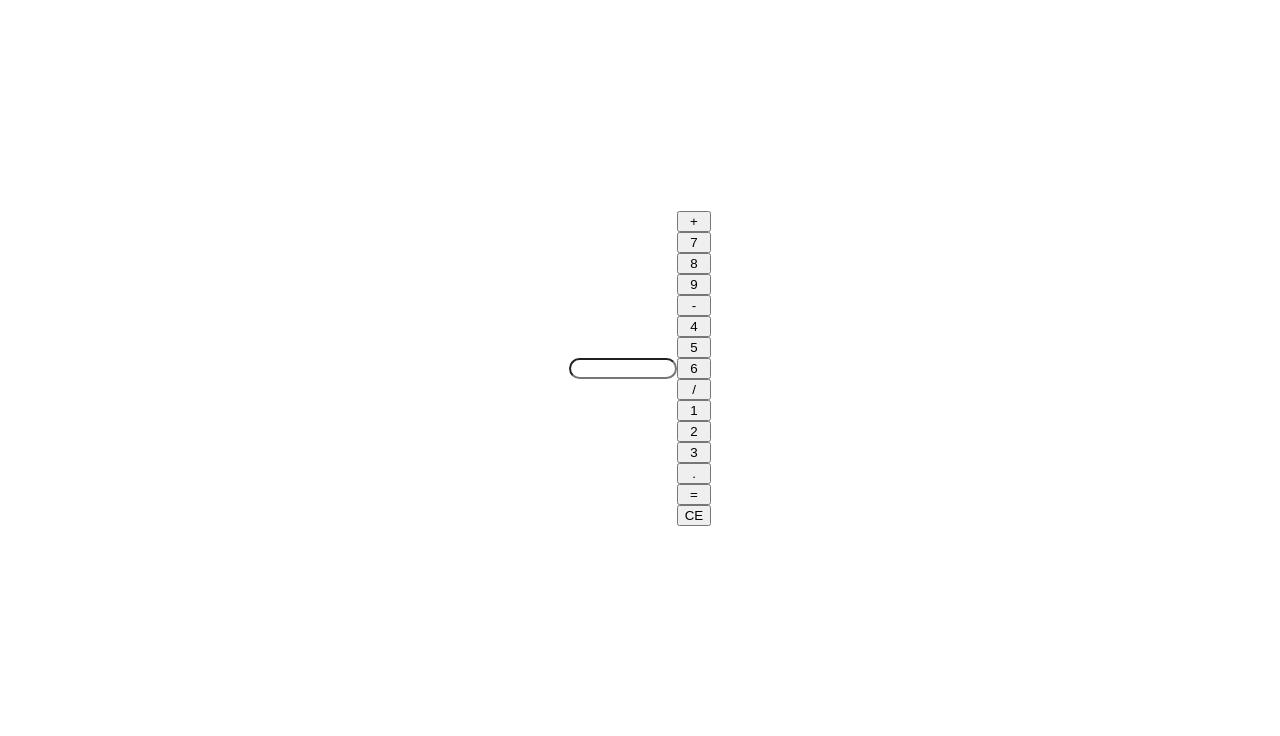
Repository: rkrukshan/JS-Calculator
Page: index.html
An editor plug-in stored every save of this project. The page is shown before and after a run of saves, followed by the edit.
The browser window is 1280 px wide. The pictures show the whole page.

Above is the page before, as saved 2024-09-02 13:26:55.

### index.html
<!DOCTYPE html>
<html lang="en">

<head>
    <meta charset="UTF-8">
    <meta name="viewport" content="width=device-width, initial-scale=1.0">
    <title>Document</title>
    <link rel="stylesheet" href="style.css">
</head>

<body>
    <div id="calculator">
        <input id="screen" readonly>
        <div id="buttons">

            <button onclick="appendScreen('+')">+</button>
            <button onclick="appendScreen('7')">7</button>
            <button onclick="appendScreen('8')">8</button>
            <button onclick="appendScreen('9')">9</button>
            <button onclick="appendScreen('-')">-</button>
            <button onclick="appendScreen('4')">4</button>
            <button onclick="appendScreen('5')">5</button>
            <button onclick="appendScreen('6')">6</button>
            <button onclick="appendScreen('/')">/</button>
            <button onclick="appendScreen('1')">1</button>
            <button onclick="appendScreen('2')">2</button>
            <button onclick="appendScreen('3')">3</button>
            <button onclick="appendScreen('.')">.</button>
            <button onclick="appendScreen('=')">=</button>
            <button onclick="appendScreen('CE')">CE</button>

        </div>
    </div>
</body>

</html>

### style.css
#calculator{
    display: flex;
    align-items: center;
    height: 100vh;
    justify-content: center;
    border: none;
}
#screen
{
    width: 100px;
    color: white;
    border-radius: 15px;
}
#buttons{
    display: grid;
    grid-template-columns: repeat();
}

After the next 2 saves:
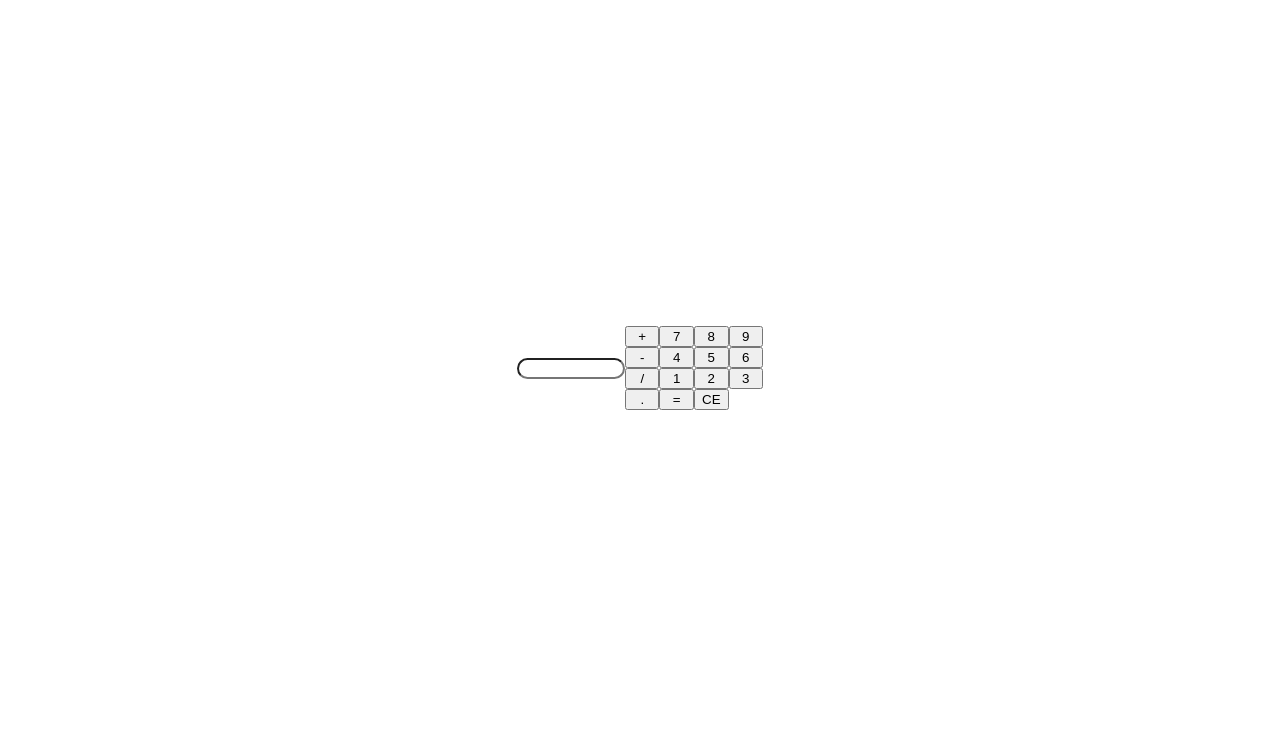
The 2 saves are shown as one change because they came seconds apart.
The last was saved 8 s later.
--- a/style.css
+++ b/style.css
@@ -13,5 +13,5 @@
 }
 #buttons{
     display: grid;
-    grid-template-columns: repeat();
+    grid-template-columns: repeat(4,1fr);
 }
